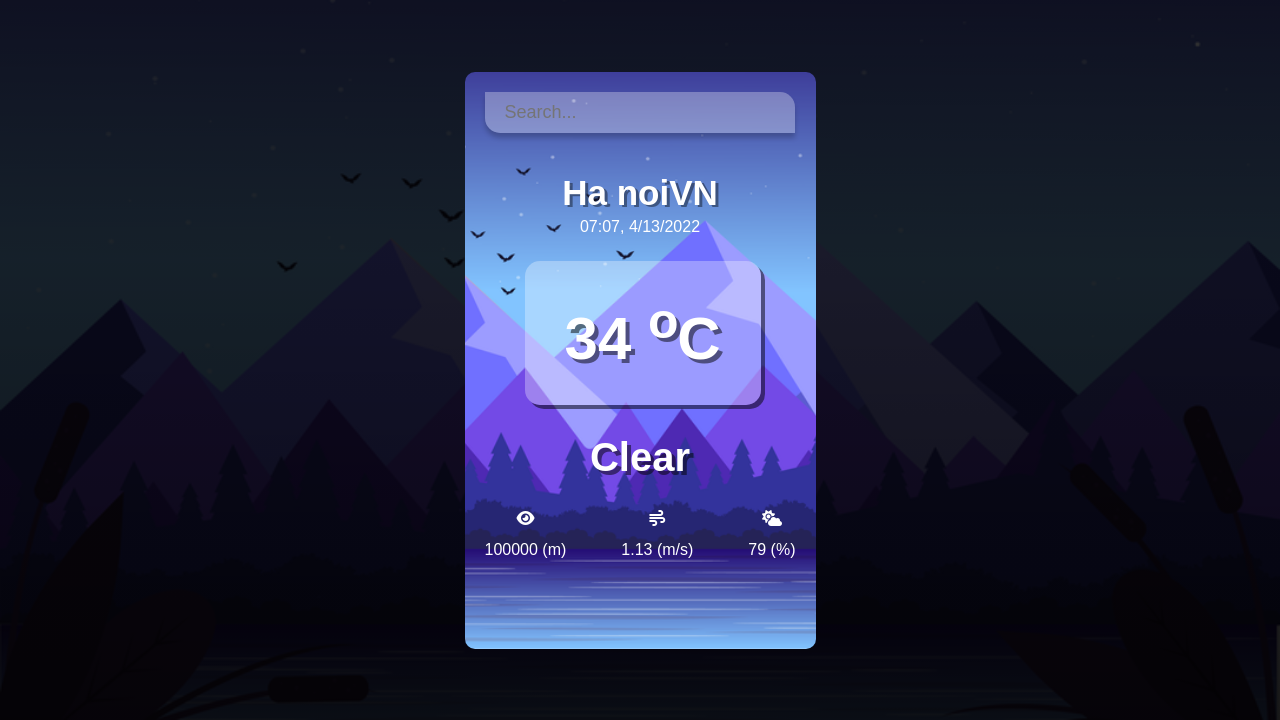
Repository: nganha241/weather-app
Page: index.html
The author's editor kept a copy of each file at every save. The page is drawn from the files as they stood at one save, then again after the next save.
The browser window is 1280 px wide. The pictures show the whole page.
The page's requests for data from a server got no answer. Some web libraries are served in a nearby version.

Above is the page before, as saved 2022-04-14 09:33:02.

### index.html
<!DOCTYPE html>
<html lang="en">
  <head>
    <meta charset="UTF-8" />
    <meta http-equiv="X-UA-Compatible" content="IE=edge" />
    <meta name="viewport" content="width=device-width, initial-scale=1.0" />
    <title>Document</title>
    <link rel="stylesheet" href="./style.css" />
  </head>
  <body>
    <div id="weather">
      <div class="header">
        <input type="text" placeholder="Search..." />
      </div>
      <div class="content">
        <div class="capital">
          <li class="city">Ha noi</li>
          <li class="country">VN</li>
        </div>

        <div class="time">07:07, <span class="date">4/13/2022</span></div>
        <div class="deg">
          <p>34 <sup>o</sup> C</p>
        </div>
        <div class="status">Clear</div>
      </div>
      <div class="footer">
        <div class="detail">
          <div class="distance">
            <div><i class="fa-solid fa-eye"></i></div>
            <div class="value">100000 <span>(m)</span></div>
          </div>
          <div class="speed">
            <div><i class="fa-solid fa-wind"></i></div>
            <div class="value">1.13 <span>(m/s)</span></div>
          </div>
          <div class="humidity">
            <div><i class="fa-solid fa-cloud-sun"></i></div>
            <div class="value">79 <span>(%)</span></div>
          </div>
        </div>
      </div>
    </div>
    <script
      src="https://kit.fontawesome.com/ae971d7ee0.js"
      crossorigin="anonymous"
    ></script>
    <script src="./main.js"></script>
  </body>
</html>

### style.css
* {
    padding: 0;
    margin: 0;
    box-sizing: border-box;
}

body {
    font-family: sans-serif;
    height: 100vh;
    display: flex;
    justify-content: center;
    align-items: center;
    background: linear-gradient(to top, rgba(0, 0, 0, 0.9), rgba(0, 0, 0, 0.8)), url(./img1.png) no-repeat center/cover;
    color: #fff;
}

#weather {
    padding: 20px;
    width: 351px;
    height: 577px;
    border: none;
    border-radius: 10px;
    background: url(./img1.png) no-repeat center/cover;
    position: relative;
}

.header input{
    width: 310px;
    height: 41px;
    border-radius: 0px 15px 0px 15px;
    border: none;
    background: rgba(255, 255, 255, 0.3);
    box-shadow: 0px 5px 5px rgba(0, 0, 0, 0.2);
    outline: none;
    font-size: 18px;
    padding: 0 20px;
    transition: 0.4s;
}

.header input:focus {
    border-radius: 15px 0px 15px 0px;
    background: rgba(255, 255, 255, 0.7);
}

.content {
    margin-top: 40px;
    text-align: center;
}

.capital {
    display: flex;
    justify-content: center;
    font-size: 35px;
    font-weight: 600;
    text-shadow: 3px 2px rgba(0, 0, 0, 0.4);
}

.capital li {
    list-style: none;
}

.time {
    margin-top: 5px;
}

.deg {
    width: 236px;
    height: 144px;
    border-radius: 15px;
    background: rgba(255, 255, 255, 0.3);
    box-shadow: 4px 4px rgba(0, 0, 0, 0.5);
    display: flex;
    justify-content: center;
    align-items: center;
    margin-top: 25px;
    margin-left: 40px;
}

.deg p {
    font-size: 60px;
    font-weight: 800;
    text-shadow: 4px 4px rgba(0, 0, 0, 0.5) ;
}

.deg p sup {
    margin-right: -18px;
}

.status {
    margin-top: 30px;
    font-size: 40px;
    font-weight: 700;
    text-shadow: 4px 4px rgba(0, 0, 0, 0.5) ;
}

.footer {
    margin-top: 30px;
}

.detail {
    display: flex;
    justify-content: space-between;
    align-items: center;
    text-align: center;
}

.detail .fa-solid {
   padding-bottom: 15px;
}

### main.js
const search = document.querySelector("input");
const city = document.querySelector(".city");
const country = document.querySelector(".country");
const deg = document.querySelector(".deg p");
const status = document.querySelector(".status");
const distance = document.querySelector(".distance value");
const speed = document.querySelector(".speed value");
const humidity = document.querySelector(".humidity value");
console.log(country);
async function changeWeatherUI() {
  // const val = search.value.trim();
  const val = "Tokyo";
  let apiUrl = `https://api.openweathermap.org/data/2.5/weather?q=${val}&appid=7db7f7f1454b662870a48eb474a823f9`;

  let data = await fetch(apiUrl).then((res) => res.json());
  console.log(data);

  city.innerText = data.name + " ,  ";
  country.innerText = data.sys.country;
}

changeWeatherUI();

After the next save:
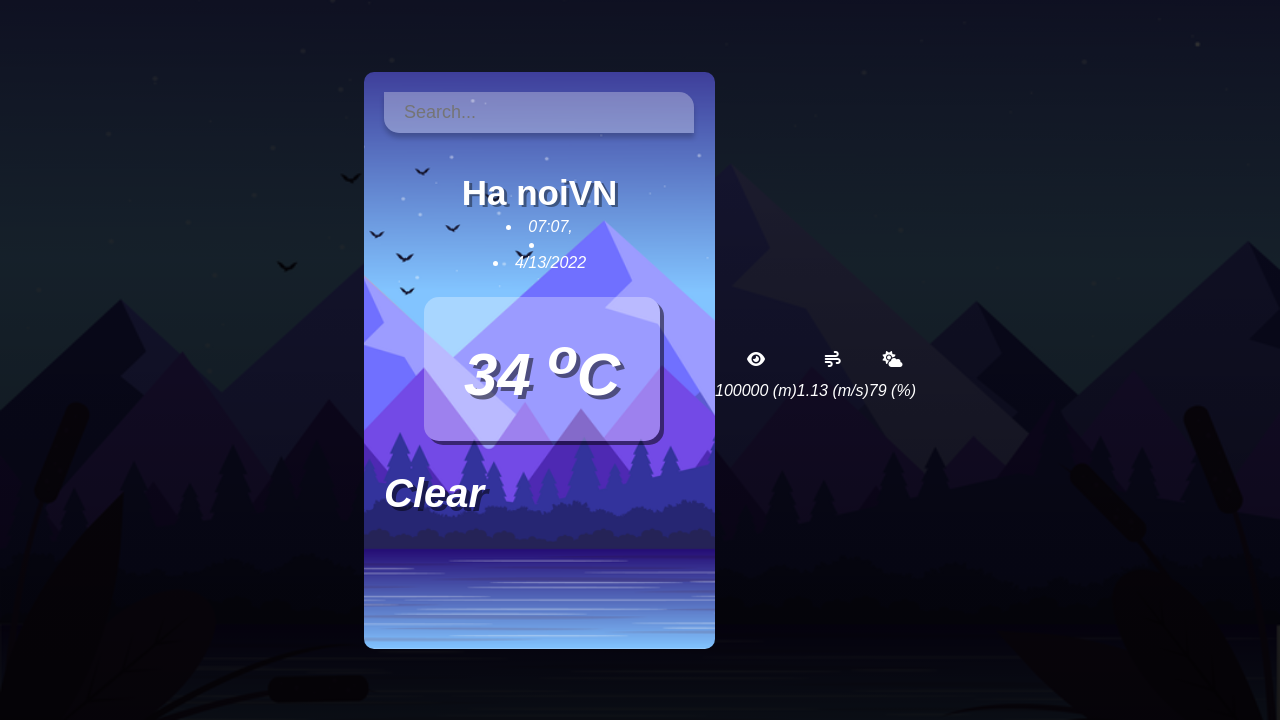
Saved 62 s later.
--- a/index.html
+++ b/index.html
@@ -18,7 +18,10 @@
           <li class="country">VN</li>
         </div>
 
-        <div class="time">07:07, <span class="date">4/13/2022</span></div>
+       <i class="timedate">
+        <li class="time">07:07, <li>
+        <li class="date">4/13/2022</li>
+       </div>
         <div class="deg">
           <p>34 <sup>o</sup> C</p>
         </div>
